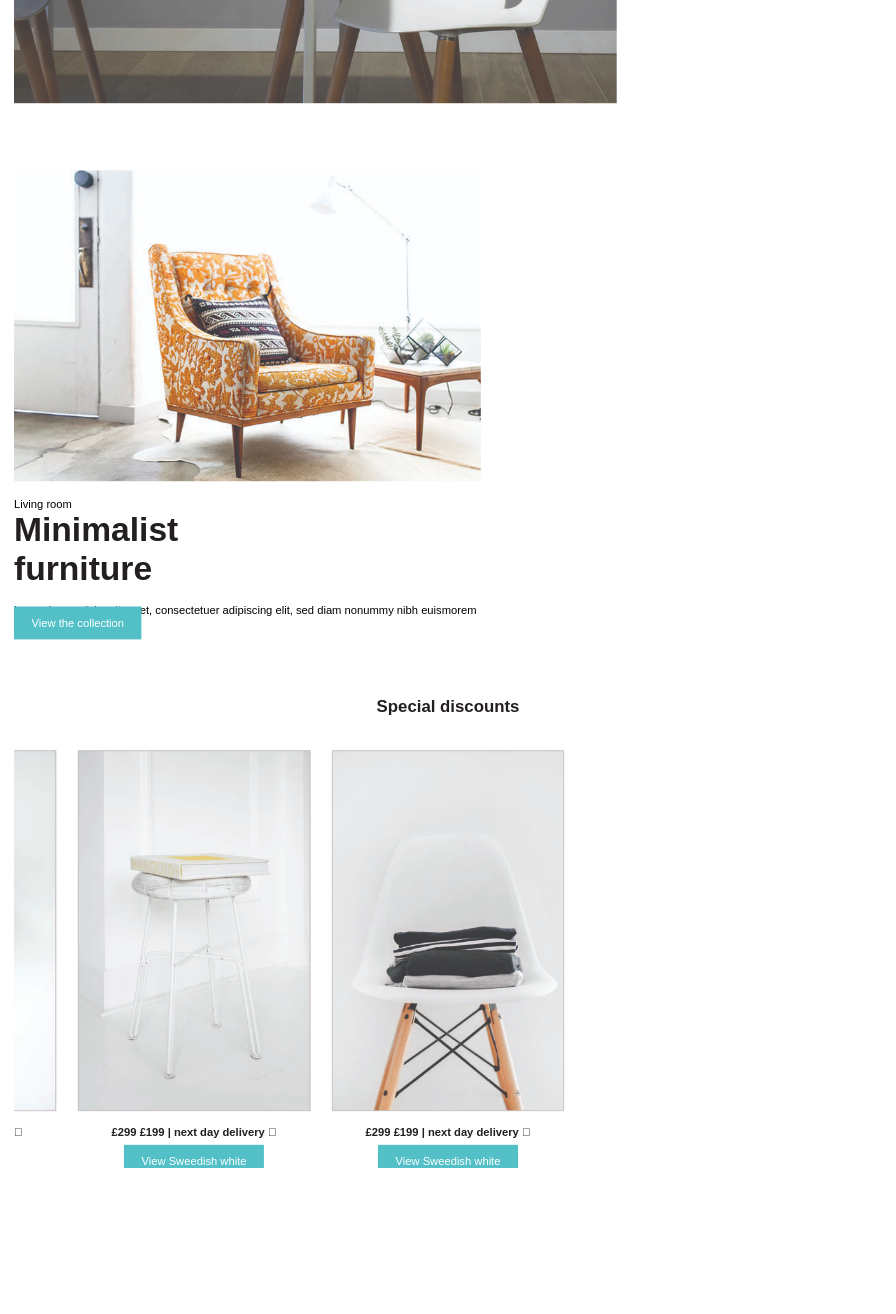
Repository: dinhhaidh/republic-web
Page: index.html
These files come from the project's save history. The page is drawn as it stood at one moment and after the next save; the edit follows.
The browser window is 1280 px wide. The pictures show the part of the page from y = 1038 to 2958 px (the page is 2915 px tall before and 2958 px after), at 70% of full size.
Some web fonts or font styles are not loaded; a fallback is used. Some web libraries are served in a nearby version.

Above is the page before, as saved 2024-01-24 18:56:39.

### index.html
<!DOCTYPE html>
<html lang="en">
<head>
    <meta charset="UTF-8">
    <meta name="viewport" content="width=device-width, initial-scale=1.0">

    <!--=============== FAVICON ===============-->
    <link rel="shortcut icon" href="assets/img/favicon.png" type="image/x-icon">

    <!--=============== REMIXICONS ===============-->
    <link rel="stylesheet" href="https://cdn.jsdelivr.net/npm/remixicon@4.1.0/fonts/remixicon.min.css">

    <link
    rel="stylesheet"
    href="https://cdn.jsdelivr.net/npm/swiper@11/swiper-bundle.min.css"
  />

    <!--=============== CSS ===============-->
    <link rel="stylesheet" href="style.css">

    <title>Responsive </title>
</head>
<body>
    <!--==================== HEADER ====================-->
    <header class="header" id="header">
        <nav class="nav container">
            <a href="#" class="nav__logo">
                <img src="./img/logo.jpg" alt="image" class="nav__img">
            </a>
            <div class="nav__menu" id="nav-menu">
                <ul class="nav__list">
                    <li class="nav__item">
                        <a href="#home" class="nav__link">Home</a>
                    </li>
                    <li class="nav__item">
                        <a href="#bedroom" class="nav__link">Bedroom</a>
                    </li>
                    <li class="nav__item">
                        <a href="#lounge" class="nav__link">Lounge</a>
                    </li>
                    <li class="nav__item">
                        <a href="#kitchen" class="nav__link">Kitchen</a>
                    </li>
                    <li class="nav__item">
                        <a href="#lighting" class="nav__link">Lighting</a>
                    </li>
                </ul>
                <div class="nav__close" id="nav-close">
                    <i class="ri-close-line"></i>
                </div>
            </div>

            <form action="" class="nav__button">
                <div class="button">
                    <input type="text" placeholder="Find something..." class="form-control">
                    <i class="ri-search-line button__search"></i>
                </div>
                <div class="shopping">
                    <i class="ri-shopping-cart-line "></i>
                    <span class="shopping__quantity">0</span>
                </div>
            </form>
            <!-- toggle -->
            <div class="nav__toggle" id="nav-toggle">
                <i class="ri-menu-line"></i>
            </div>
        </nav>
    </header>

    <!--==================== MAIN ====================-->
    <main class="main">
        <!--==================== Home  ====================-->
        <section class="home section" id="home">
            <div class="home__container container">
                <div class="home__contennt">
                    <h1 class="home__title">Premium <br> collection</h1>
                    <p class="home__desc">
                        Lorem ipsum dolor sit amet, consectetuer adipiscing elit, sed diam nonummy nibh euismorem ipsum dolor sit amet, consectetuer adipiscing elit
                    </p>
                    <h4>£2,300</h4>
                    <a href="#" class="button__link">View the collection</a>
                </div>
                <div class="home__images">
                    <img src="./img/hom1.jpg" alt="" class="home__image">
                    <div class="home__span">
                        <span><a href="">Lorem ipsum dolor sit amet</a>    £2,300</span>
                        <span><a href="#"> Consectetuer adsed diam</a>    £2,300</span>
                    </div>
                </div>
            </div>
        </section>

        <!--==================== Bedroom ====================-->
        <section class="bedroom section" id="bedroom">
            <div class="bedroom__container container grid">
                <div class="bedroom__images">
                    <img src="./img/funitire1.jpg" alt="" class="bedroom__image">
                </div>
                <div class="bedroom__contennt">
                    <span>Living room</span>
                    <div class="bedroom-brick"></div>
                    <h2 class="home__title">Minimalist <br>
                        furniture</h2>
                    <p class="bedroom__desc">
                        Lorem ipsum dolor sit amet, consectetuer adipiscing elit, sed diam nonummy nibh euismorem
                    </p>
                    <a href="#" class="button__link">View the collection</a>
                </div>

            </div>
        </section>

        <!--==================== Lounge  ====================-->
        <section class="lounge  section" id="lounge ">
            <h2 class="lounge-title">Special discounts</h2>
            <div class="lounge__container container swiper">
                <div class="swiper-wrapper">
                    <article class=" lounge__card swiper-slide">
                        <img src="./img/special1.jpg" alt="" class="lounge__img">
                        <h4><span>£299</span> £199  |  next day delivery  </h4>
                        <a href="#" class="button__link lounge__button">View Sweedish white</a>
                    </article>
                    <article class=" lounge__card swiper-slide">
                        <img src="./img/special2.jpg" alt="" class="lounge__img">
                        <h4><span>£299</span> £199  |  next day delivery  </h4>
                        <a href="#" class="button__link lounge__button">View Sweedish white</a>
                    </article>
                    <article class=" lounge__card swiper-slide">
                        <img src="./img/special3.jpg" alt="" class="lounge__img">
                        <h4><span>£299</span> £199  |  next day delivery  </h4>
                        <a href="#" class="button__link lounge__button">View Sweedish white</a>
                    </article>
                    <article class=" lounge__card swiper-slide">
                        <img src="./img/special4.jpg" alt="" class="lounge__img">
                        <h4><span>£299</span> £199  |  next day delivery  </h4>
                        <a href="#" class="button__link lounge__button">View Sweedish white</a>
                    </article>
                </div>
            </div>
        </section>

        <!--==================== Kitchen ====================-->
        <section class="kitchen  section" id="kitchen">

        </section>

        <!--==================== Lighting ====================-->
        <section class="lighting  section" id="lighting">

        </section>
    </main>

    <!--==================== FOOTER ====================-->
    <footer class="footer">

    </footer>

    <!--========== SCROLL UP ==========-->

    <script src="https://cdn.jsdelivr.net/npm/swiper@11/swiper-bundle.min.js"></script>


    <!--=============== SCROLLREVEAL ===============-->
    <script src=""></script>

    <!--=============== JQuery ===============-->
    <script src="https://code.jquery.com/jquery-3.7.1.slim.min.js" integrity="sha256-kmHvs0B+OpCW5GVHUNjv9rOmY0IvSIRcf7zGUDTDQM8=" crossorigin="anonymous"></script>

    <!--=============== MAIN JS ===============-->
    <script src="/js/main.js"></script>
</body>
</html>

### style.css
/*=============== GOOGLE FONTS ===============*/
@import url("https://fonts.cdnfonts.com/css/source-sans-pro");

/*=============== VARIABLES CSS ===============*/
:root {
  --header-height: 3.5rem;

  /*========== Colors ==========*/
  /*Color mode HSL(hue, saturation, lightness)*/
  --first-color: hsl(28, 88%, 62%);
  --first-color-alt: hsl(28, 84%, 58%);
  --title-color: hsl(0, 0%, 95%);
  --text-color: hsl(0, 0%, 75%);
  --text-color-light: hsl(0, 0%, 65%);
  --black-color: #231f20;
  --body-color: hsl(0, 0%, 6%);
  --container-color: hsl(0, 0%, 10%);

  /*========== Font and typography ==========*/
  /*.5rem = 8px | 1rem = 16px ...*/
  --body-font: "Montserrat", sans-serif;
  --second-font: "Dancing Script", cursive;
  --biggest-font-size: 2.5rem;
  --bigger-font-size: 2rem;
  --h1-font-size: 1.5rem;
  --h2-font-size: 1.25rem;
  --h3-font-size: 1rem;
  --normal-font-size: .938rem;
  --small-font-size: .813rem;

  /*========== Font weight ==========*/
  --font-regular: 400;
  --font-semi-bold: 600;
  --font-bold: 700;

  /*========== z index ==========*/
  --z-tooltip: 10;
  --z-fixed: 100;
}

/*========== Responsive typography ==========*/
@media screen and (min-width: 1150px) {
  :root {
    --biggest-font-size: 4.375rem;
    --bigger-font-size: 3rem;
    --h1-font-size: 2.25rem;
    --h2-font-size: 1.5rem;
    --h3-font-size: 1.25rem;
    --normal-font-size: 1rem;
    --small-font-size: .875rem;
  }
}

/*=============== BASE ===============*/
* {
  box-sizing: border-box;
  padding: 0;
  margin: 0;
}

html {
  scroll-behavior: smooth;
}

body,
button {
  font-family: var(--body-font);
  font-size: var(--normal-font-size);
}

body {
  /* color: var(--text-color); */
}

button {
  border: none;
  outline: none;
}

h1, h2, h3, h4 {
  color: var(--black-color);
  font-weight: var(--font-bold);
}

ul {
  list-style: none;
}

a {
  text-decoration: none;
}

img {
  display: block;
  max-width: 100%;
  height: auto;
}

/*=============== REUSABLE CSS CLASSES ===============*/
.container {
  max-width: 1240px;
  margin-inline: 1.5rem;
}

.grid {
  display: grid;
  gap: 1.5rem;
}

.section {
  padding-block: 5rem 1rem;
}

.section__title {
  font-size: var(--bigger-font-size);
  font-family: var(--second-font);
  margin-bottom: 1.5rem;
  text-align: center;
}

.main {
  overflow: hidden; /* For animation ScrollReveal */
}

/*=============== HEADER & NAV ===============*/
.header{
  position: fixed;
  width: 100%;
  top: 0;
  left: 0;
  background-color: transparent;
  z-index: var(--z-fixed);
  transition: .4s;
}
.nav{
  position: relative;
  height: var(--header-height);
  display: flex;
  align-items: center;
  justify-content: space-between;
}
.nav__img{
  width: 100px;
  transition: .4s;
}
.nav__toggle,
.nav__close{
  cursor: pointer;
  font-size: 1.5rem;
  color: black;
}
.form-control{
  padding: 13px 40px 13px 20px;
  border-radius: 25px
}
.nav__button{
  display:flex;
  align-items: center;
  justify-content: center;
  column-gap: 1.625rem;
}
.nav__link{
  color: var(--black-color);
  font-weight: var(--font-regular);
  font-family: 'Source Sans Pro', sans-serif;
}
.button{
  display: flex;
  position: relative;
}
.button input::placeholder{
  color: var(--black-color);
}
.button__search{
  position: absolute;
  top: 0.9rem;
  right: 1rem;
}
.shopping i{
  font-size: 1.25rem;
  position: relative;
}
.shopping__quantity{
  background-color: red;
    padding: 1px 3px;
    color: #fff;
    position: absolute;
    top: 1.8rem;
    right: 0.05rem;
    border-radius: 50%;
    font-size: .7rem;
}



/* Navigation for mobile devices */
@media screen and (max-width: 1023.98px) {
  .nav__menu {
    position: fixed;
    top: 0;
    right: -100%;
    background-color: #fff;
    backdrop-filter: blur(16px);
    -webkit-backdrop-filter: blur(16px);
    width: 80%;
    height: 100%;
    padding: 6rem 3rem 0px;
    transition: right .4s;
  }
  .nav__list{
    display: flex;
    flex-direction: column;
    row-gap: 2.5rem;
  }
  .nav__link{
    color: var(--black-color);
    font-weight: var(--font-semi-bold);
    transition: color .4s;
  }
  /* .nav__link:hover{

  } */
  .nav__close{
    position: absolute;
    top: 1rem;
    right: 1.5rem;
  }
  .nav__button{
    display: none;
  }
}


/* Show menu */
.show-menu{
  right: 0;
}

/* Add blur header */
.scroll-header {
  background-color: #fff;
  box-shadow: 0 1px 4px hsla(220, 4%, 15%, .1);
}

/* Active link */


/*=============== Home ===============*/
.home{
  padding-top: 5rem;
}
.home__container{
  display: flex;
  flex-direction: column;
  row-gap: 3rem;
}
.home__title{
  font-size: var(--bigger-font-size);
  margin-bottom: 1.5rem;
}
.home__desc{
  font-weight: var(--font-regular);
  color: var(--black-color);
  line-height: 1.5;
  margin-bottom: var(--h2-font-size);
}
.home h4{
  font-size: var(--h1-font-size);
  margin-bottom: var(--bigger-font-size);
}
.button__link{
  background-color: #53c0c7;
  padding: 15px 25px;
  color: #fff;
  font-weight: 400;
}
.home__span span:nth-child(1){
  position: absolute;
  right: 1rem;
  top: 1rem;
  color: #fff;
}
.home__span span:nth-child(2){
  right: 1rem;
  position: absolute;
  top: 2rem;
  color: #fff;
}
.home__span span a{
  color: #fff;
}
.home__images{
  position: relative;
}
.home__image{

}

/*=============== BUTTON ===============*/


/*=============== Bedroom ===============*/


/*=============== Lounge  ===============*/
.lounge{

}


.lounge-title{
  display:flex;
  align-items: center;
  justify-content: center;
}
.lounge__container{
  margin-top: var(--bigger-font-size);
}

.lounge__swiper{

}

.swiper-wrapper{

}
.lounge__card{
  text-align: center;
}
.swiper-slide{

}

.lounge h4{
  margin-top: 1.3rem;
  margin-bottom: var(--h2-font-size);
}
.button__link{

}
.lounge__button{

}

/*=============== Kitchen  ===============*/

/*=============== Lighting  ===============*/



/*=============== FOOTER ===============*/


/*=============== SCROLL BAR ===============*/


/*=============== SCROLL UP ===============*/


/* Show Scroll Up */


/*=============== BREAKPOINTS ===============*/
/* For small devices */
@media screen and (min-width: 1024px){
  .nav{
    height: calc(var(--header-height) + 2rem)
  }
  .nav__toggle,
  .nav__close{
    display: none;
  }
  .nav__list{
    display: flex;
    flex-wrap: nowrap;
    column-gap: 4rem;
  }
}
@media screen and (min-width: 1150px) {
  .container{
    margin-inline: auto;
  }


}

/* For medium devices */


/* For large devices */

### js/main.js
$(document).ready(function () {
  $("#nav-toggle").click(function () {
    $("#nav-menu").addClass("show-menu");
  });
  $("#nav-close").click(function () {
    $("#nav-menu").removeClass("show-menu");
  });
  $(window).scroll(function () {
    $("#header").toggleClass("scroll-header", $(this).scrollTop() >= 50);
  });
});
/*=============== SWIPER PRODUCTS ===============*/
// var swiperLounge = new Swiper(".lounge__container", {
//   // luot lien tuc
//     spaceBetween: 32,
//     grabCursor: true,
//     centeredSlides: true,
//     slidesPerView: "auto",
//     loop: true,
//     ////
//     navigator: {
//     nextEl: ".swiper-button-next",
//     prevEl: ".swiper-button-prev",
//     },

//   // lích thước resposive
//     breakpoints: {
//         1240: {
//         spaceBetween: 3,
//     },
//     },

//   //
// });

var swiper = new Swiper(".lounge__container", {
  // luot lien tuc
    spaceBetween: 32,
    grabCursor: true,
    centeredSlides: true,
    slidesPerView: "auto",
    loop: true,

  slidesPerView: 3.5,
  spaceBetween: 30,
  freeMode: true,
  pagination: {
    el: ".swiper-pagination",
    clickable: true,
  },

  // slidesPerView: 4,
  // spaceBetween: 30,
  // centeredSlides: true,
  // pagination: {
  //   el: ".swiper-pagination",
  //   clickable: true,
  // },
});

After the next save:
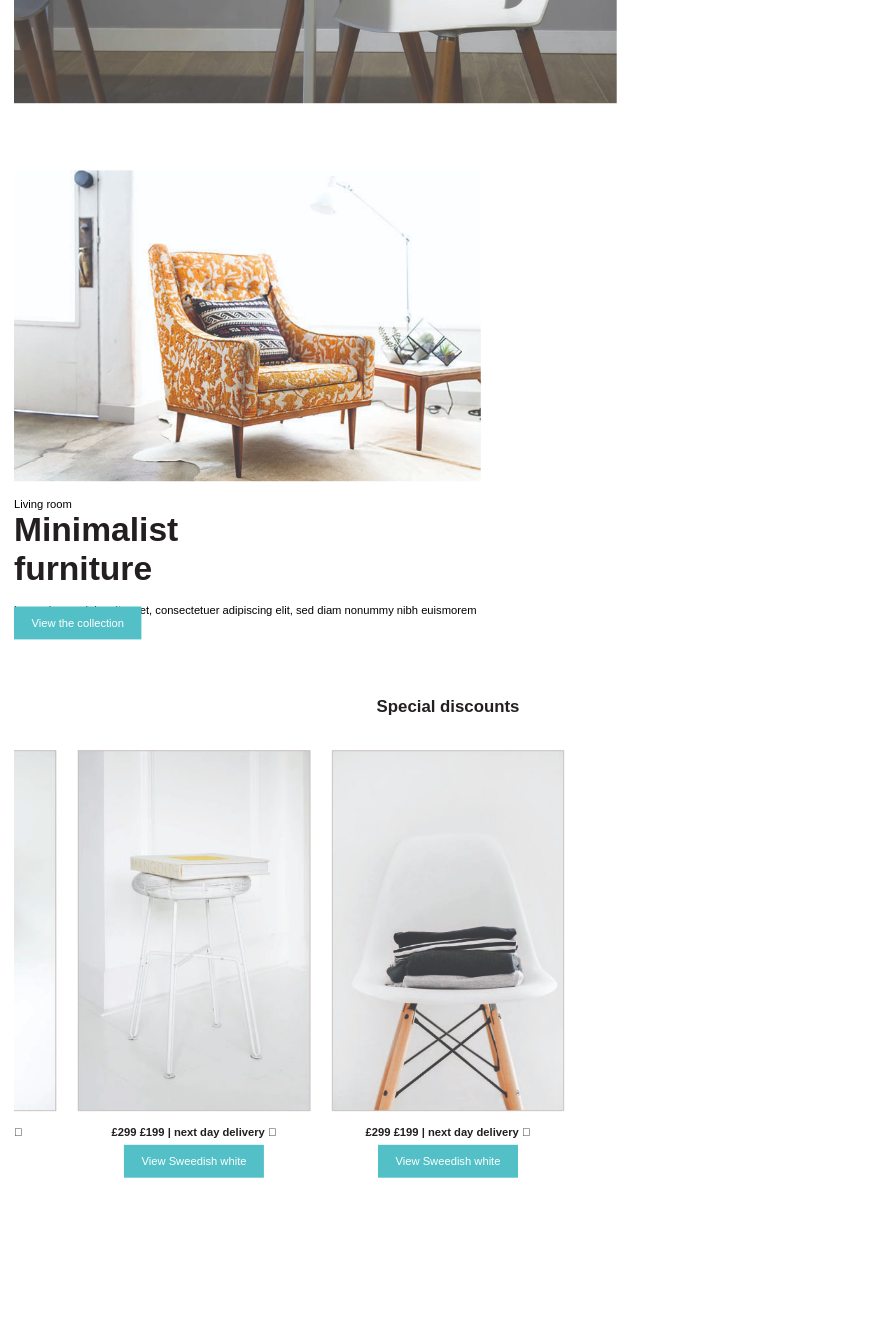
Saved 74 s later.
--- a/style.css
+++ b/style.css
@@ -315,6 +315,7 @@ img {
 }
 .lounge__container{
   margin-top: var(--bigger-font-size);
+  height: 640px;
 }
 
 .lounge__swiper{
